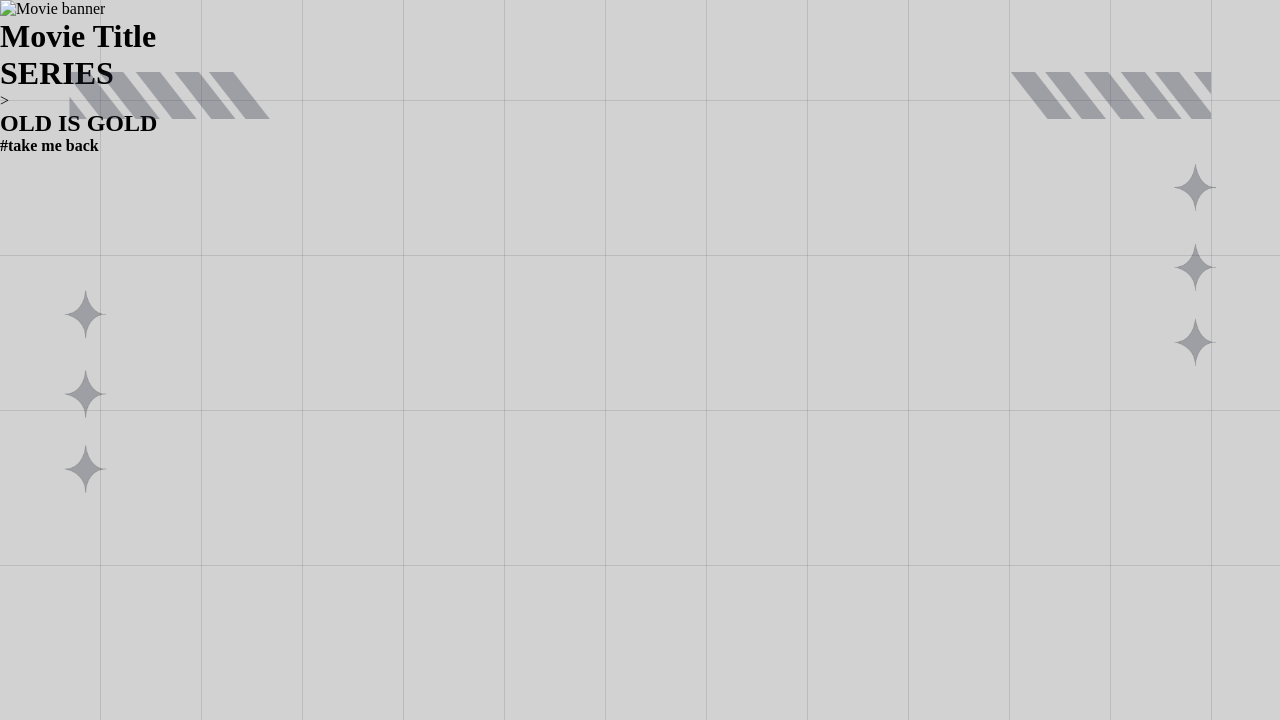
Repository: PEEZYBEE/phase-1-javascript-project-mode
Page: index.html
These files come from the project's save history. The page is drawn as it stood at one moment and after a run of saves; the edit follows.
The browser window is 1280 px wide. The pictures show the whole page.
Some web fonts or font styles are not loaded; a fallback is used.

Above is the page before, as saved 2025-03-25 19:22:39.

### index.html
<!DOCTYPE html>
 <html lang="en">
 <head>
     <meta charset="UTF-8">
     <meta name="viewport" content="width=device-width, initial-scale=1.0">
     <title>Document</title>
     <style>

         *{
             margin: 0;
             padding: 0;
             box-sizing: border-box;
         }
         body{
             background-color: #D2D2D2;
             background-image:
             repeating-linear-gradient(
                 to right, transparent 0 100px,
                 #25283b22 100px 101px
             ),
             repeating-linear-gradient(
                 to bottom, transparent 0 100px,
                 #25283b22 100px 101px
             );
         }

         body::before{
             position: absolute;
             width: min(1400px, 90vw);
             top: 10%;
             left: 50%;
             height: 90%;
             transform: translateX(-50%);
             content: '';
             background-image: url(images/bg.png);
             background-size: 100%;
             background-repeat: no-repeat;
             background-position: top center;
             pointer-events: none;
         }
     </style>
     <link rel="stylesheet" href="style.css">
 </head>
 <body>

     <div class="container">
        <div id="movie details">
            <img id="banner" src="" alt="Movie banner">
            <h1 id="title">Movie Title</h1>


        </div>
         <!--<div class="slider" style="--quantity: 10">
             <div class="item" style="--position: 1"><img src="images/dragon.png" alt=""></div>
             <div class="item" style="--position: 3"><img src="images/kingdom.png" alt=""></div>
             <div class="item" style="--position: 4"><img src="images/sails.png" alt=""></div>
             <div class="item" style="--position: 5"><img src="images/thrones.png" alt=""></div>
             <div class="item" style="--position: 6"><img src="images/thrones2.png" alt=""></div>
             <div class="item" style="--position: 7"><img src="images/wall.png" alt=""></div>
             <div class="item" style="--position: 8"><img src="images/bone.png" alt=""></div>
             <div class="item" style="--position: 9"><img src="images/del.png" alt=""></div>
             <div class="item" style="--position: 10"><img src="images/witcher.png" alt=""></div>
             <div class="item" style="--position: 2"><img src="images/fall.png" alt=""></div>
       </div>-->
         <div class="content">
             <h1 data-content="SERIES">SERIES</h1>>

             <div class="author">
                 <h2>OLD IS GOLD</h2>
                 <p><b> #take me back</b></p>

             </div>
             <div class="model"></div>
         </div>
     </div>

 </body>
 </html>

### style.css
@import url('https://fonts.cdnfonts.com/css/ica-rubrik-black');
 @import url('https://fonts.cdnfonts.com/css/poppins');

 .banner{
     width: 100%;
     height: 100vh;
     text-align: center;
     overflow: hidden;
     position: relative;
 }
 .banner .slider{
     position: absolute;
     width: 200px;
     height: 250px;
     top: 10%;
     left: calc(50% - 100px);
     transform-style: preserve-3d;
     transform: perspective(1000px);
     animation: autoRun 20s linear infinite;
     z-index: 2;
 }
 @keyframes autoRun{
     from{
         transform: perspective(1000px) rotateX(-16deg) rotateY(0deg);
     }to{
         transform: perspective(1000px) rotateX(-16deg) rotateY(360deg);
     }
 }

 .banner .slider .item{
     position: absolute;
     inset: 0 0 0 0;
     transform:
         rotateY(calc( (var(--position) - 1) * (360 / var(--quantity)) * 1deg))
         translateZ(550px);
 }
 .banner .slider .item img{
     width: 100%;
     height: 100%;
     object-fit: cover;
 }
 .banner .content{
     position: absolute;
     bottom: 0;
     left: 50%;
     transform: translateX(-50%);
     width: min(1400px, 100vw);
     height: max-content;
     padding-bottom: 100px;
     display: flex;
     flex-wrap: wrap;
     justify-content: space-between;
     align-items: center;
     z-index: 1;
 }
 .banner .content h1{
     font-family: 'ICA Rubrik';
     font-size: 16em;
     line-height: 1em;
     color: #25283B;
     position: relative;
 }
 .banner .content h1::after{
     position: absolute;
     inset: 0 0 0 0;
     content: attr(data-content);
     z-index: 2;
     -webkit-text-stroke: 2px #d2d2d2;
     color: transparent;
 }
 .banner .content .author{
     font-family: Poppins;
     text-align: right;
     max-width: 200px;
 }
 .banner .content h2{
     font-size: 3em;
 }
 .banner .content .model{
     background-image: url(images/model.png);
     width: 100%;
     height: 75vh;
     position: absolute;
     bottom: 0;
     left: 0;
     background-size: auto 130%;
     background-repeat: no-repeat;
     background-position: top center;
     z-index: 1;
 }

After the next 2 saves:
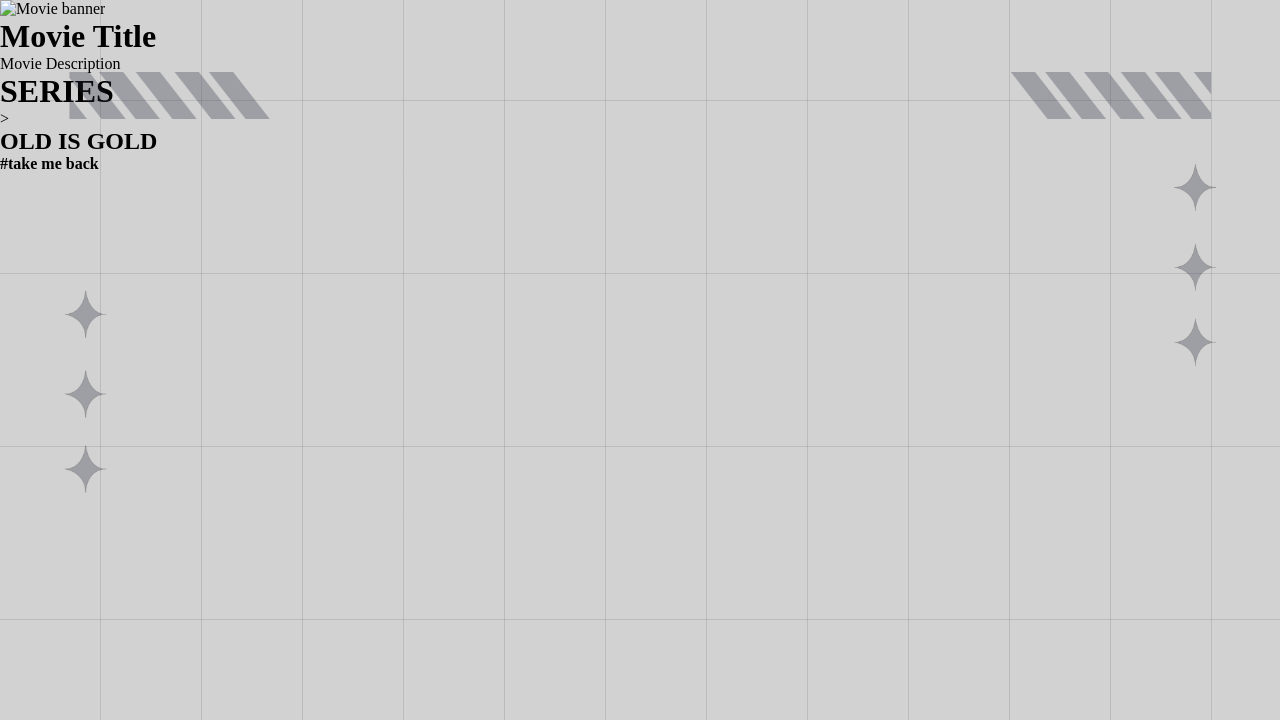
The 2 saves are shown as one change because they came seconds apart.
The last was saved 6 s later.
--- a/index.html
+++ b/index.html
@@ -47,6 +47,7 @@
         <div id="movie details">
             <img id="banner" src="" alt="Movie banner">
             <h1 id="title">Movie Title</h1>
+            <p id="description">Movie Description</p>
 
 
         </div>
